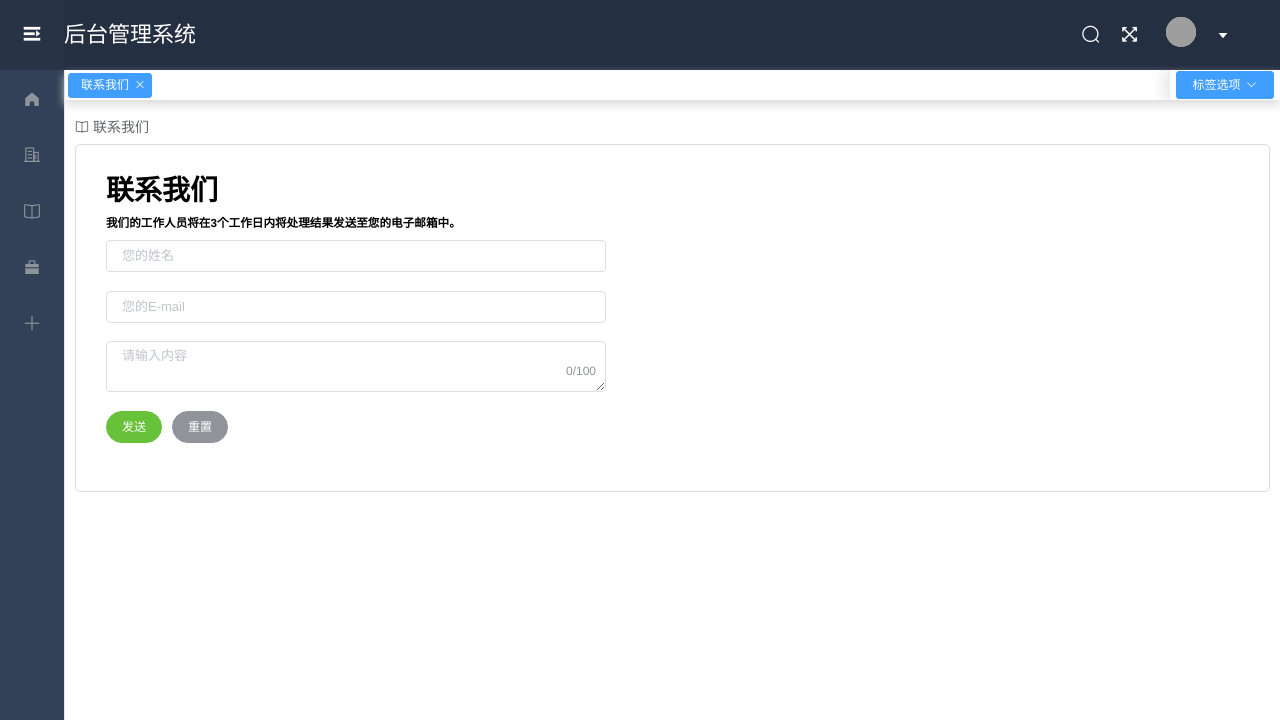
Repository: hitabullet/Student-Dormitory-Manager-System
Page: /#/email (app in dormitory-back-end/)
These files come from the project's save history. The page is drawn as it stood at one moment and after the next save; the edit follows.
The browser window is 1280 px wide. The pictures show the whole page.
Pictures or frames that could not be fetched are drawn as grey boxes. The project was rebuilt for these pictures with package versions that can differ from the ones it lists, and the page was loaded fresh each time. Also part of the build but not shown: dormitory-back-end/vue.config.js, dormitory-back-end/src/assets/css/icon.css.

Above is the page before, as saved 2020-10-23 10:08:16.

After the next save:
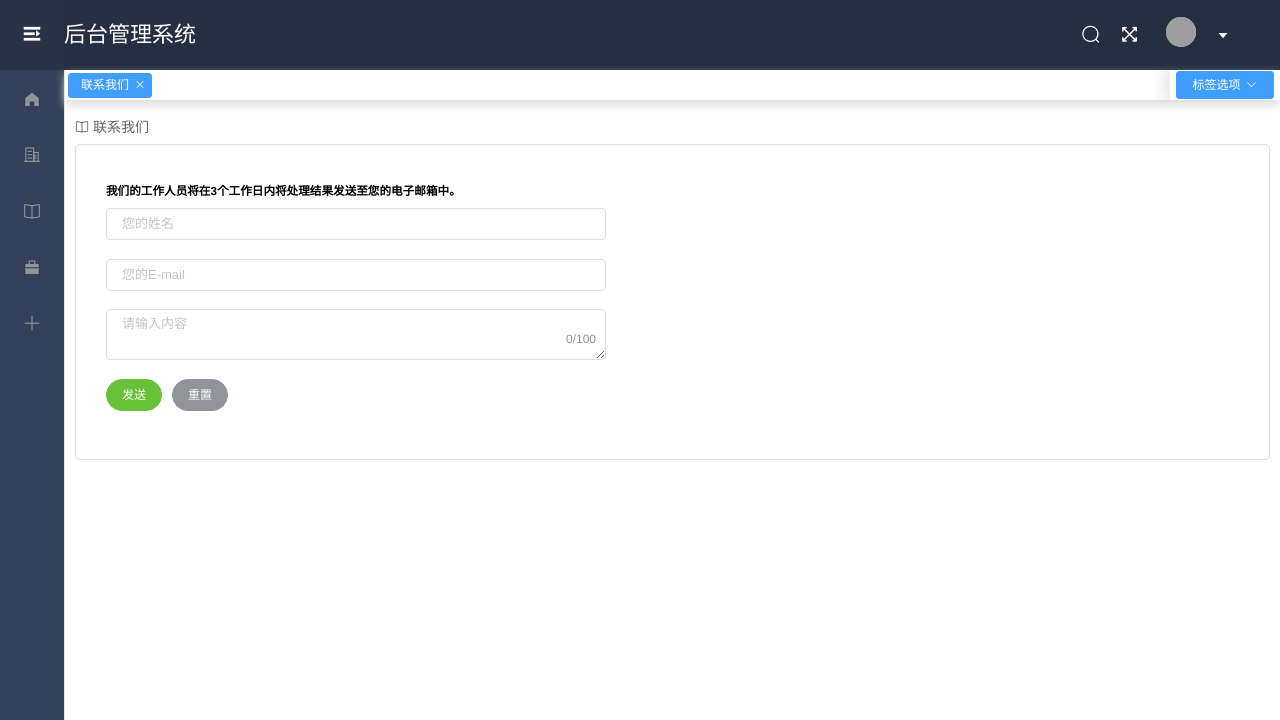
Saved 6 s later.
--- a/dormitory-back-end/src/views/Email.vue
+++ b/dormitory-back-end/src/views/Email.vue
@@ -20,7 +20,6 @@
           <div style="width: auto; height: auto">
           <el-form :model="Mail" ref="SendEmail" style="width: 500px">
             <el-form-item prop="subject">
-              <h1>联系我们</h1>
               <h5 style="text-align: left">
                 我们的工作人员将在3个工作日内将处理结果发送至您的电子邮箱中。
               </h5>
